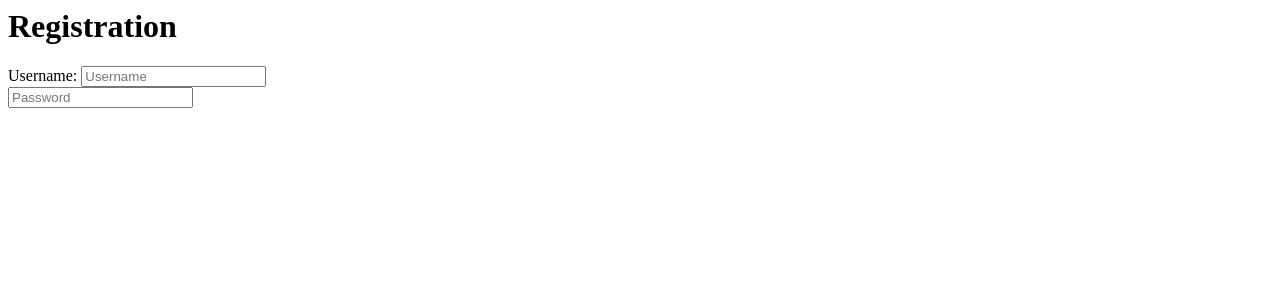
Repository: Puritanic/node_projects
Page: http://localhost/register
The author's editor kept a record of every edit. The page is drawn from the files as they stood at one moment, then again after the next edit.
The browser window is 1280 px wide. The pictures show the whole page.
The page is served by the project's Node server (Authentication/AuthDemo/app.js).

Above is the page before.

After the next edit:
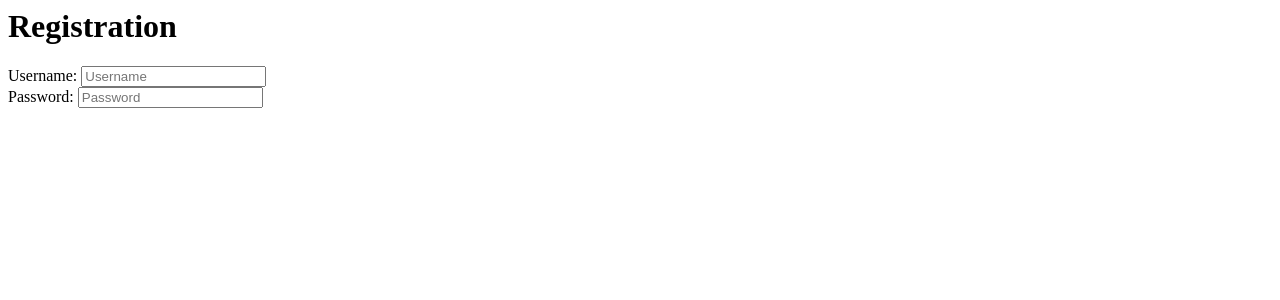
The edit:
--- a/Authentication/AuthDemo/views/register.ejs
+++ b/Authentication/AuthDemo/views/register.ejs
@@ -7,5 +7,6 @@
 
     <input type="text" placeholder="Username" name="username">
     <br>
+     <label for="password">Password: </label>
     <input type="text" placeholder="Password" name="password">
 </form>
